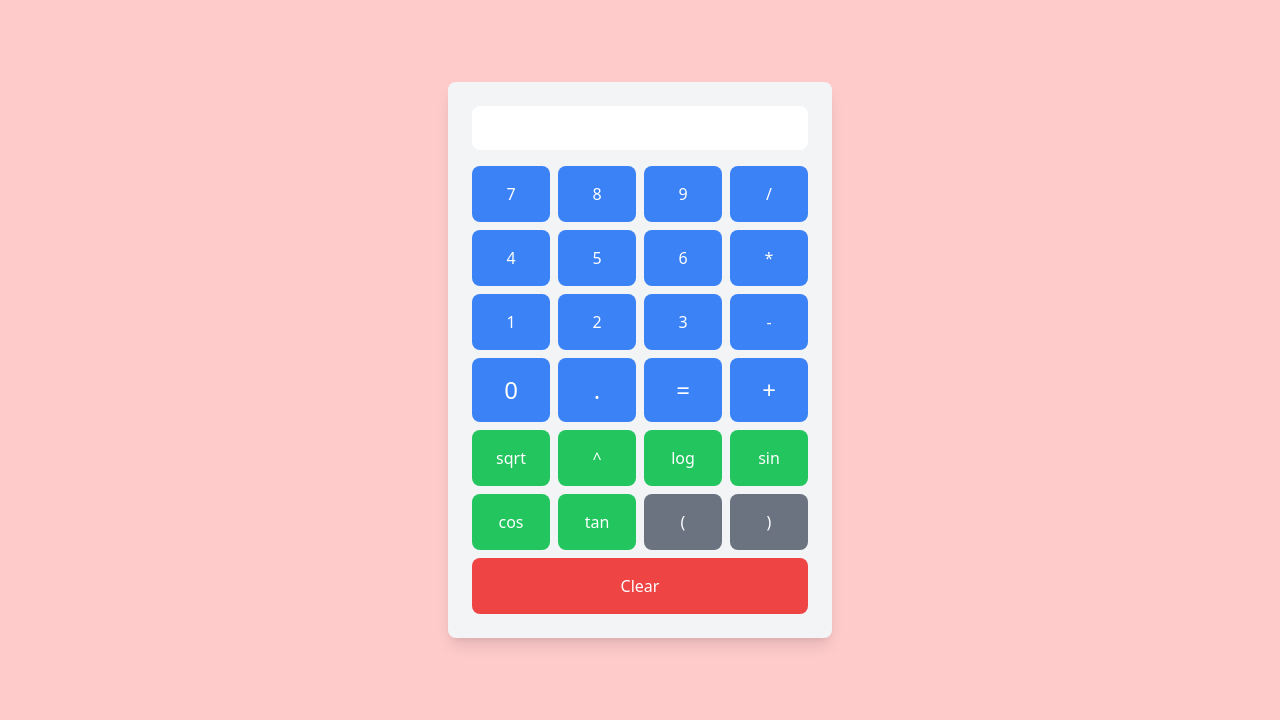
Repository: Sirinegaddour11/Calculator-App
Page: /
An editor plug-in stored every save of this project. The page is shown before and after the next save, followed by the edit.
The browser window is 1280 px wide. The pictures show the whole page.
The project was rebuilt for these pictures with package versions that can differ from the ones it lists, and the page was loaded fresh each time. The framework's server and built-in components were replaced by stand-ins that run in the browser. Also part of the build but not shown: next.config.mjs.

Above is the page before, as saved 2024-09-16 17:19:53.

After the next save:
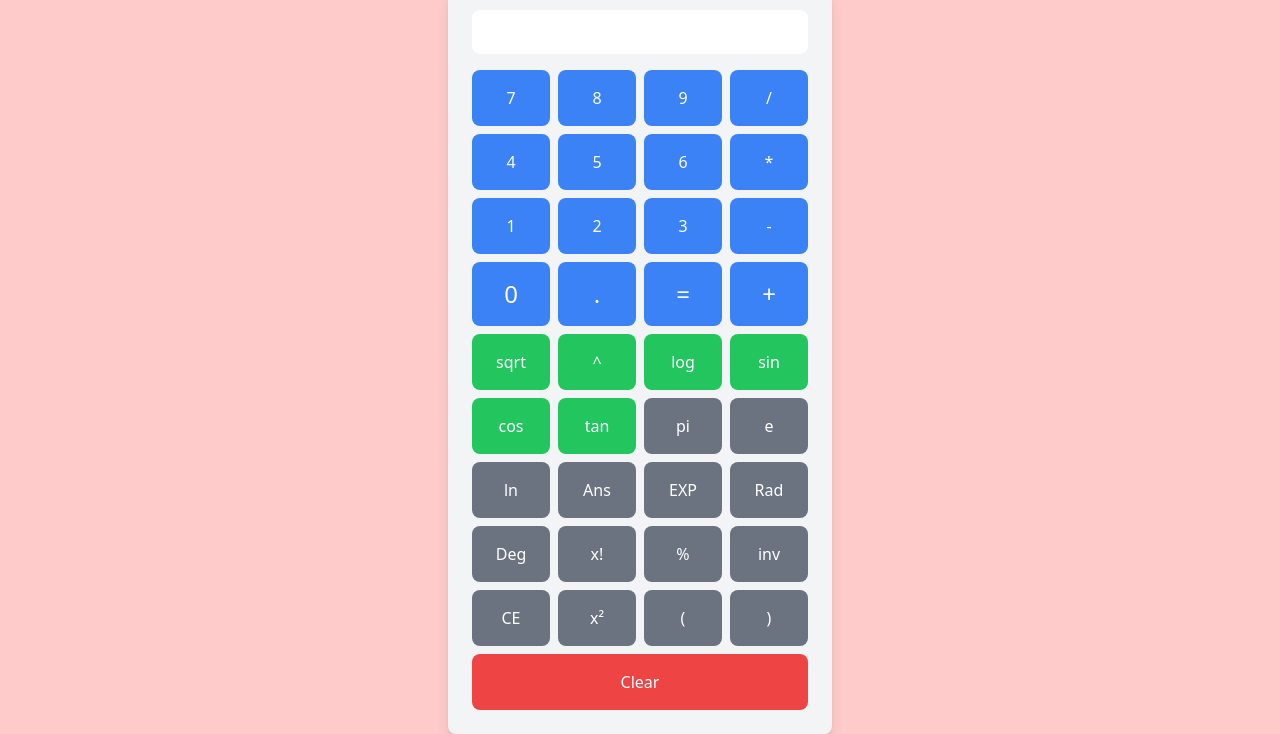
Saved 8 min 44 s later.
--- a/components/calculator.tsx
+++ b/components/calculator.tsx
@@ -1,24 +1,76 @@
 "use client";
 import React, { useState } from "react";
-import { evaluate } from "mathjs"; // Import de mathjs pour les calculs
+import {
+  evaluate,
+  parse,
+  sqrt,
+  log,
+  sin,
+  cos,
+  tan,
+  pow,
+  factorial,
+  format,
+  pi,
+  exp,
+  ln,
+} from "mathjs";
 
 const Calculator: React.FC = () => {
   const [expression, setExpression] = useState<string>("");
   const [lastButton, setLastButton] = useState<string>("");
+  const [lastResult, setLastResult] = useState<string>("");
 
   const handleButtonClick = (value: string) => {
-    if (["sqrt", "log", "sin", "cos", "tan", "^"].includes(value)) {
-      // Ajoute une fonction scientifique avec une parenthèse ouvrante
-      setExpression((prev) => prev + value + "(");
-    } else if (value === ")") {
-      // Gestion des parenthèses fermantes
-      if (lastButton === "(") {
-        setExpression((prev) => prev.slice(0, -1)); // Retirer '(' si vide
-      }
-      setExpression((prev) => prev + value);
-    } else {
-      // Gestion des autres boutons
-      setExpression((prev) => prev + value);
+    switch (value) {
+      case "pi":
+        setExpression((prev) => prev + pi.toString());
+        break;
+      case "e":
+        setExpression((prev) => prev + exp(1).toString());
+        break;
+      case "Ans":
+        setExpression((prev) => prev + lastResult);
+        break;
+      case "Rad":
+        setExpression((prev) => prev + " Rad ");
+        break;
+      case "Deg":
+        setExpression((prev) => prev + " Deg ");
+        break;
+      case "x!":
+        setExpression((prev) => prev + "factorial(");
+        break;
+      case "%":
+        setExpression((prev) => prev + "/100");
+        break;
+      case "inv":
+        setExpression((prev) => prev + "^(-1)");
+        break;
+      case "EXP":
+        setExpression((prev) => prev + "*10^");
+        break;
+      case "CE":
+        setExpression((prev) => prev.slice(0, -1));
+        break;
+      case "x²":
+        setExpression((prev) => prev + "^2");
+        break;
+      case "ln":
+        setExpression((prev) => prev + "ln(");
+        break;
+      default:
+        if (["sqrt", "log", "sin", "cos", "tan", "^"].includes(value)) {
+          setExpression((prev) => prev + value + "(");
+        } else if (value === ")") {
+          if (lastButton === "(") {
+            setExpression((prev) => prev.slice(0, -1)); // Retirer '(' si vide
+          }
+          setExpression((prev) => prev + value);
+        } else {
+          setExpression((prev) => prev + value);
+        }
+        break;
     }
     setLastButton(value);
   };
@@ -26,6 +78,7 @@ const Calculator: React.FC = () => {
   const handleCalculate = () => {
     try {
       const result = evaluate(expression);
+      setLastResult(result.toString());
       setExpression(result.toString());
     } catch (error) {
       setExpression("Error");
@@ -35,6 +88,7 @@ const Calculator: React.FC = () => {
   const handleClear = () => {
     setExpression("");
     setLastButton("");
+    setLastResult("");
   };
 
   return (
@@ -85,11 +139,34 @@ const Calculator: React.FC = () => {
               {value}
             </button>
           ))}
-          {/* Ajout de boutons pour les fonctions scientifiques */}
+          {/* Fonction scientifique enrichie */}
           {["sqrt", "^", "log", "sin", "cos", "tan"].map((func, index) => (
             <button
               key={index}
               className="p-4 bg-green-500 text-white rounded-lg hover:bg-green-600"
+              onClick={() => handleButtonClick(func)}
+            >
+              {func}
+            </button>
+          ))}
+          {/* Ajout des nouveaux boutons */}
+          {[
+            "pi",
+            "e",
+            "ln",
+            "Ans",
+            "EXP",
+            "Rad",
+            "Deg",
+            "x!",
+            "%",
+            "inv",
+            "CE",
+            "x²",
+          ].map((func, index) => (
+            <button
+              key={index}
+              className="p-4 bg-gray-500 text-white rounded-lg hover:bg-gray-600"
               onClick={() => handleButtonClick(func)}
             >
               {func}
